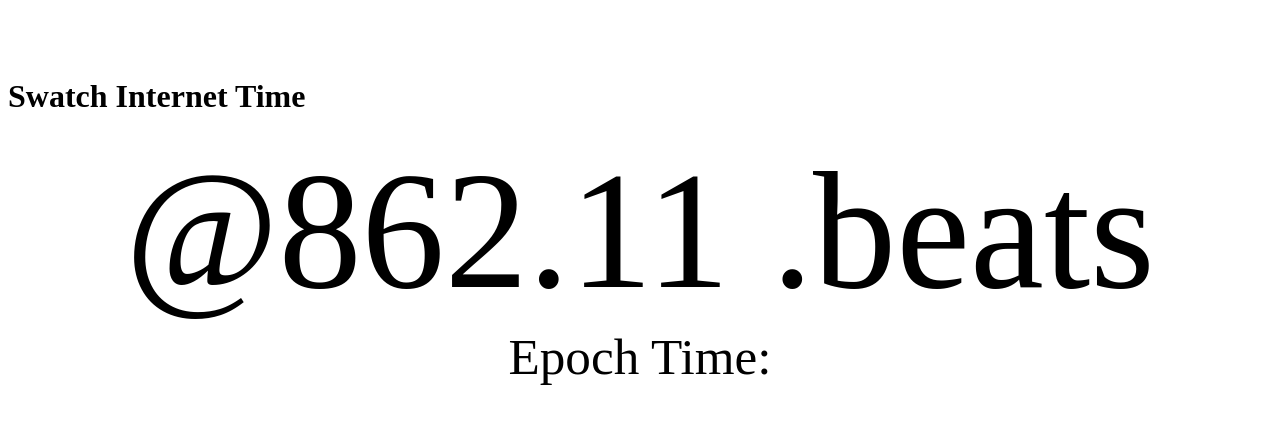
Repository: end888160/end888160.github.io
Page: swatchclock.html
These files come from the project's save history. The page is drawn as it stood at one moment and after the next save; the edit follows.
The browser window is 1280 px wide. The pictures show the whole page.

Above is the page before, as saved 2024-09-22 08:42:12.
Not found: web/20210122055851cs_/http://www.swatchclock.com/bootstrap/css/bootstrap.css

After the next save:
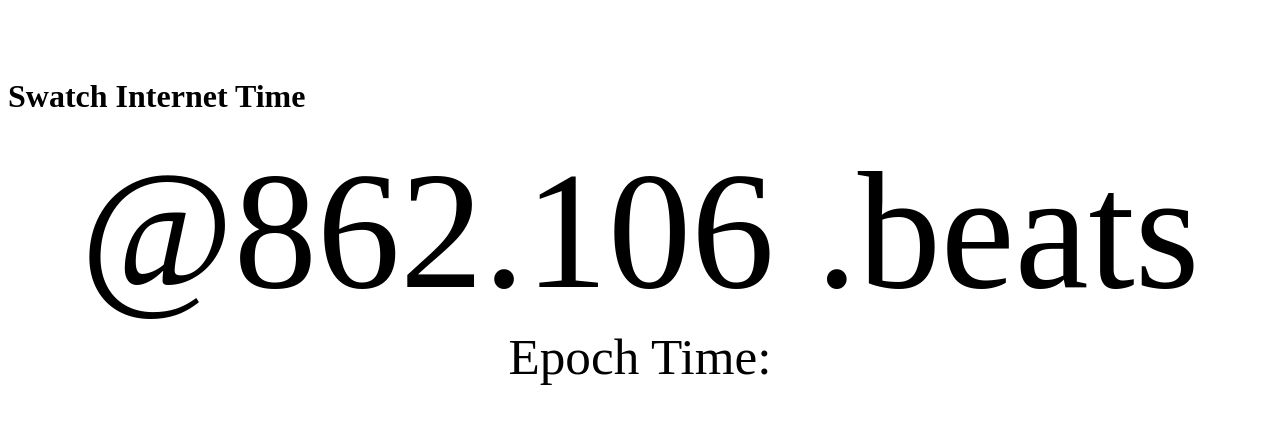
Saved 39 s later.
--- a/swatchclock.html
+++ b/swatchclock.html
@@ -6,8 +6,6 @@
         <meta name="author" content="Joshua Marketis">
 
         <title>SwatchClock.com - Live clock for Swatch Internet Time. The Time of the Future!</title>
-
-        <link href="/web/20210122055851cs_/http://www.swatchclock.com/bootstrap/css/bootstrap.css" rel="stylesheet">
         <style>body {
 			padding-top: 70px;
 		}
@@ -56,7 +54,7 @@
 			var secondsInABeat = 86.4;
 
 			// calculate beats to two decimal places
-			var beats = Math.abs(timeInSeconds / secondsInABeat).toFixed(2);
+			var beats = Math.abs(timeInSeconds / secondsInABeat).toFixed(3);
 
 			// update page
 			document.getElementById("swatchTime").innerHTML = beats
